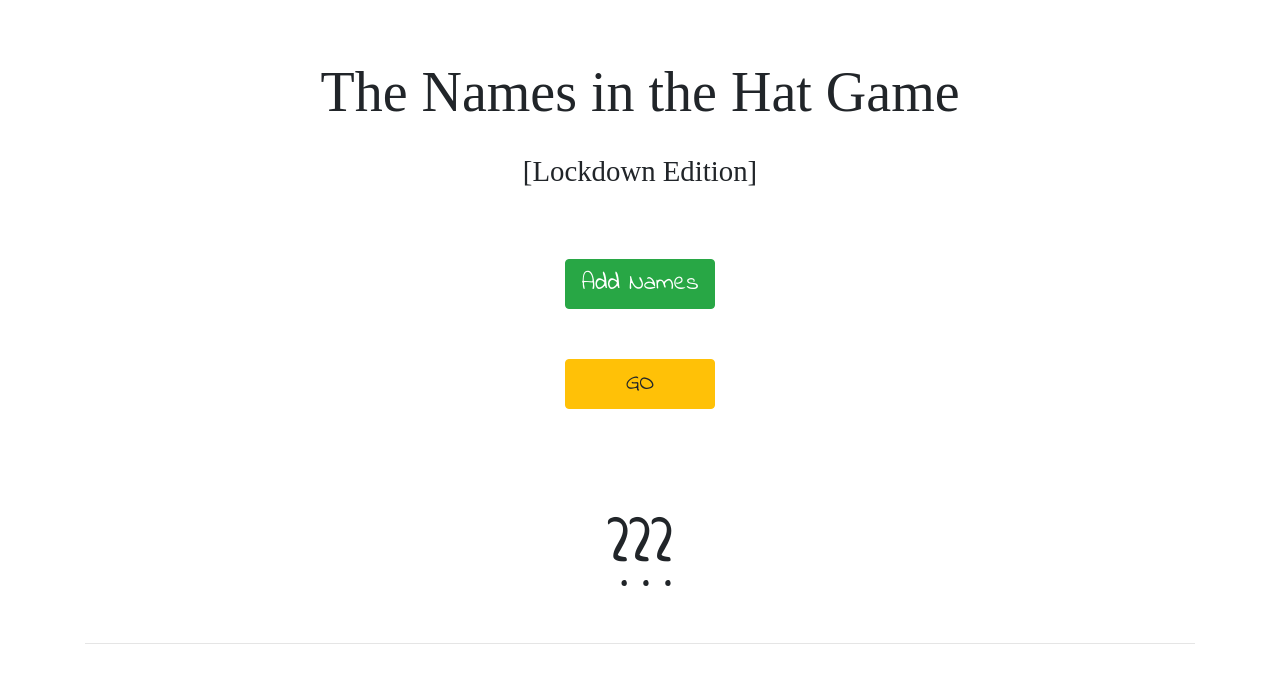
Repository: TaylorD1982/randomizer
Page: index.html
The author's editor kept a record of every edit. The page is drawn from the files as they stood at one moment, then again after the next edit.
The browser window is 1280 px wide. The pictures show the whole page.
Some web fonts or font styles are not loaded; a fallback is used. Some web libraries are served in a nearby version.

Above is the page before.

After the next edit:
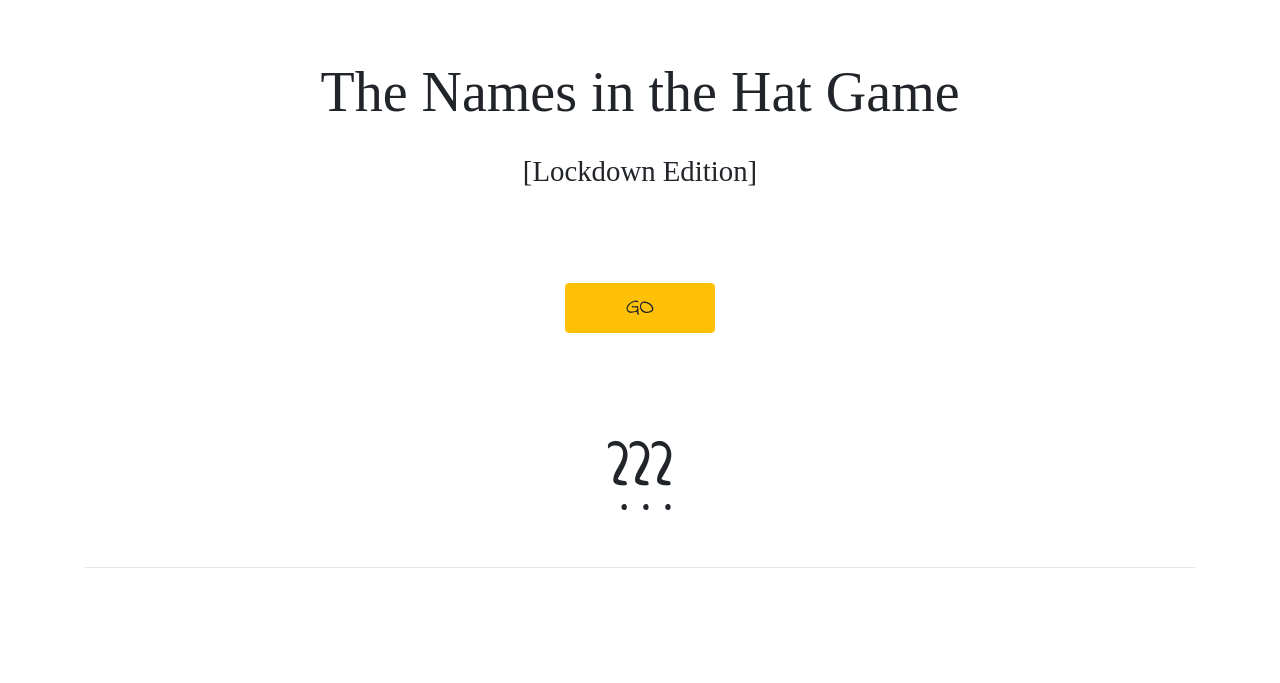
The edit:
--- a/index.html
+++ b/index.html
@@ -21,9 +21,6 @@
                     <P class="title">The Names in the Hat Game</P>
                     <P class="lock">[Lockdown Edition]</P>
                 </div>
-                <a href="submit.html" class="btn btn-success">
-                      Add Names
-                </a>
                 <br>
                 <button id="Button" type="button" class="btn btn-warning">
                       GO
